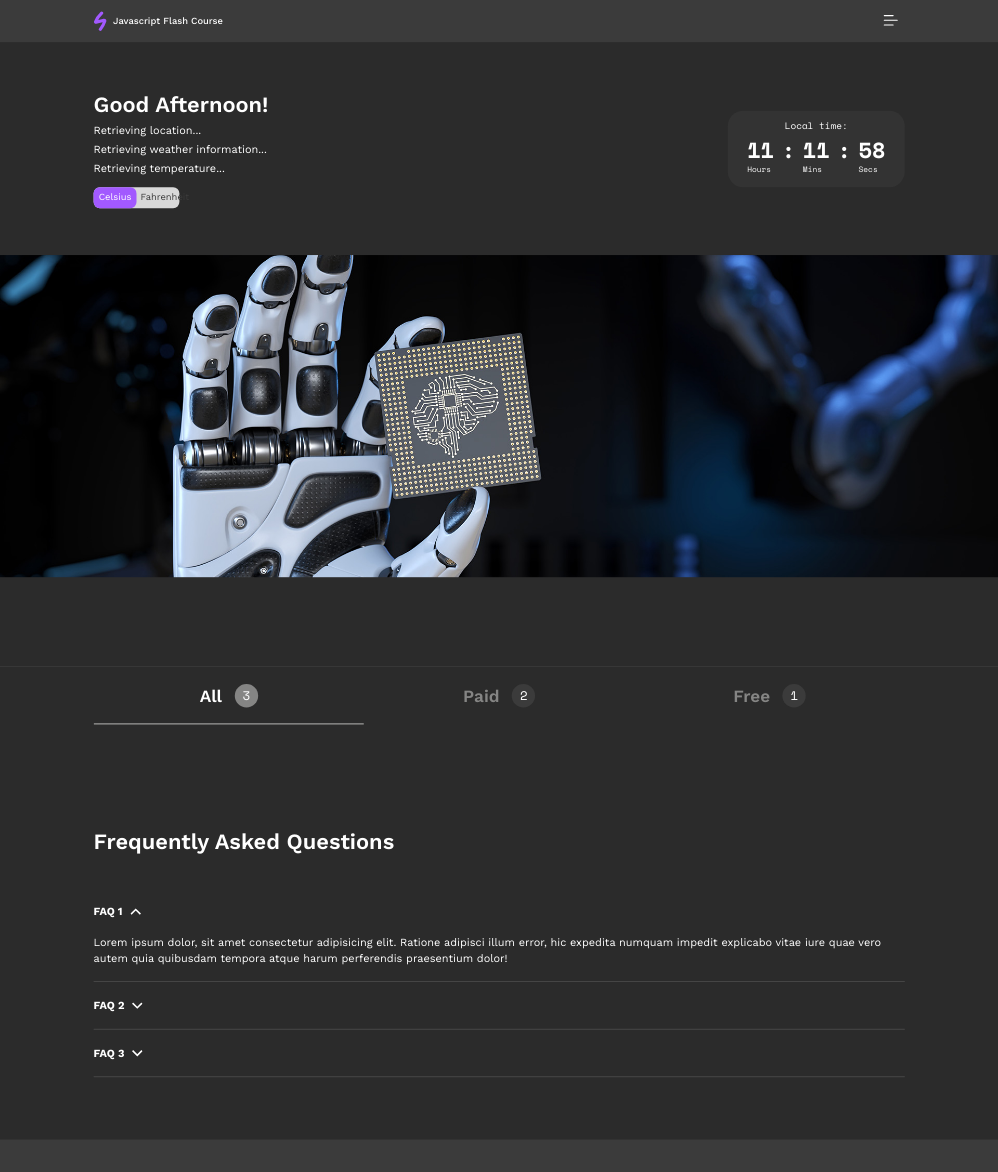
Repository: GettieSirma/JAVASCRIPT-TEST
Page: index.html
The author's editor kept a copy of each file at every save. The page is drawn from the files as they stood at one save, then again after the next save.
The browser window is 1280 px wide. The pictures show the whole page, at 78% of full size.

Above is the page before, as saved 2024-04-24 12:37:29.

After the next save:
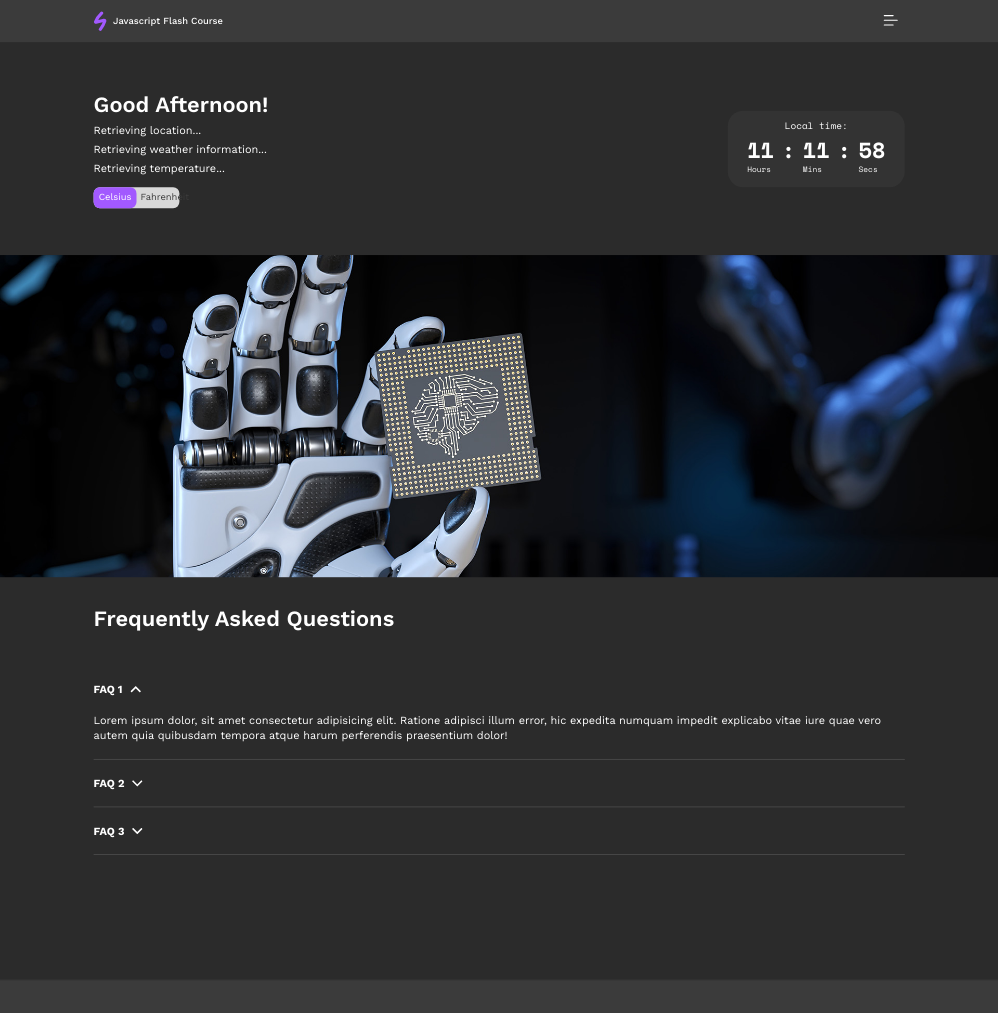
Saved 3 min 46 s later.
--- a/index.html
+++ b/index.html
@@ -148,63 +148,35 @@
             <div class="thumbnails">
 
             </div>
-        </section>
-
-        <section id="products" class="container products-section">
-            <div class="products-filter">
-                <input type="radio" checked="true" id="all" name="products" />
-                <label for="all">
-            All
-            <span class="product-amount">3</span>
-          </label>
-                <input type="radio" id="paid" name="products" />
-                <label for="paid">
-
-            Paid
-            <span class="product-amount">2</span>
-          </label>
-                <input type="radio" id="free" name="products" />
-                <label for="free">
-            Free
-            <span class="product-amount">1</span>
-          </label>
-
-                <span class="glider"></span>
-            </div>
-
-            <div class="products-area">
-
-            </div>
-
-        </section>
-
-        <section id="faqs" class="container faqs-section">
-            <h3>Frequently Asked Questions</h3>
-
-            <details open>
-                <summary>FAQ 1</summary>
-
-                <p>
-                    Lorem ipsum dolor, sit amet consectetur adipisicing elit. Ratione adipisci illum error, hic expedita numquam impedit explicabo vitae iure quae vero autem quia quibusdam tempora atque harum perferendis praesentium dolor!
-                </p>
-            </details>
-
-            <details>
-                <summary>FAQ 2</summary>
-
-                <p>
-                    Consequuntur earum pariatur dolorem repellat temporibus ducimus sunt suscipit repudiandae cupiditate in accusantium recusandae tempora sint eligendi, perferendis aspernatur architecto voluptas laborum adipisci neque voluptates consequatur.
-                </p>
-            </details>
-
-            <details>
-                <summary>FAQ 3</summary>
-
-                <p>
-                    Consequuntur earum pariatur dolorem repellat temporibus ducimus sunt suscipit repudiandae cupiditate in accusantium recusandae tempora sint eligendi, perferendis aspernatur architecto voluptas laborum adipisci neque voluptates consequatur.
-                </p>
-            </details>
-        </section>
+
+
+            <section id="faqs" class="container faqs-section">
+                <h3>Frequently Asked Questions</h3>
+
+                <details open>
+                    <summary>FAQ 1</summary>
+
+                    <p>
+                        Lorem ipsum dolor, sit amet consectetur adipisicing elit. Ratione adipisci illum error, hic expedita numquam impedit explicabo vitae iure quae vero autem quia quibusdam tempora atque harum perferendis praesentium dolor!
+                    </p>
+                </details>
+
+                <details>
+                    <summary>FAQ 2</summary>
+
+                    <p>
+                        Consequuntur earum pariatur dolorem repellat temporibus ducimus sunt suscipit repudiandae cupiditate in accusantium recusandae tempora sint eligendi, perferendis aspernatur architecto voluptas laborum adipisci neque voluptates consequatur.
+                    </p>
+                </details>
+
+                <details>
+                    <summary>FAQ 3</summary>
+
+                    <p>
+                        Consequuntur earum pariatur dolorem repellat temporibus ducimus sunt suscipit repudiandae cupiditate in accusantium recusandae tempora sint eligendi, perferendis aspernatur architecto voluptas laborum adipisci neque voluptates consequatur.
+                    </p>
+                </details>
+            </section>
     </main>
 
     <footer></footer>
